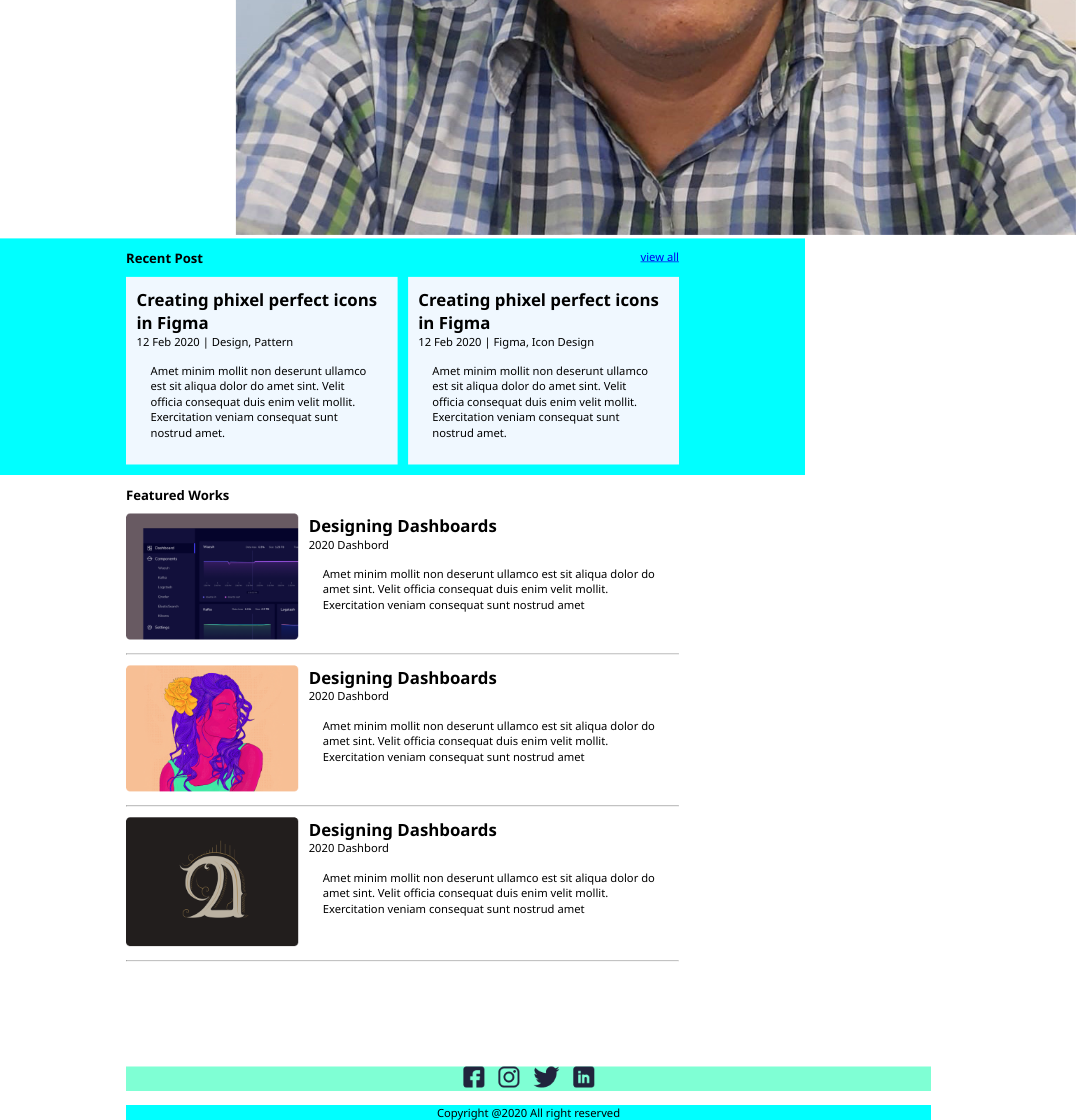
Repository: jafetdn73/portofolio
Page: index.html
An editor plug-in stored every save of this project. The page is shown before and after the next save, followed by the edit.
The browser window is 1280 px wide. The page is 1537 px wide, so the pictures cover 1537 px, including what lies to the right of the window. The pictures show the part of the page from y = 1062 to 2662 px (the page is 2662 px tall), at 70% of full size.

Above is the page before, as saved 2022-02-23 16:41:17.

### index.html
<!DOCTYPE html>
<html lang="en">
<head>
    <meta charset="UTF-8">
    <meta http-equiv="X-UA-Compatible" content="IE=edge">
    <meta name="viewport" content="width=device-width, initial-scale=1.0">
    <link rel="stylesheet" href="figma.css">
    <title>Belajar HTML CSS</title>
</head>
<body>
    <div class="container">
        <!-- Start Menu Bar -->
        <div class="menu-bar">
            <ul>
                <li>
                    Work
                </li>
                <li>
                    Blog
                </li>
                <li>
                    Contact
                </li>
            </ul>
        </div>
        <!-- Starr Hero -->
        <div class="hero">
            <div class="hero-text">
                <h1>Hi, I am Jafet,<br/>
                    Fullstack Engineer
                </h1>
                <p>
                    Amet minim mollit non deserunt ullamco est sit aliqua dolor do amet sint. Velit officia consequat duis enim velit mollit. Exercitation veniam consequat sunt nostrud amet.
                </p>
                <button>Download Resume</button>
            </div>
            <div class="hero-image">
                <img src="jafet.png"/>
            </div>
        </div>
        <!-- Start Post -->
        <div class="post">
            <div class="post-navi">
                <h3>Recent Post</h3>
                <a href="http://detik.com">view all</a>
            </div>
            <div class="post-content">
                <div class="post-content-detail">
                    <h2>Creating phixel perfect icons in Figma</h2>
                    <label>12 Feb 2020</label>
                    <label>|</label>
                    <label>Design, Pattern</label>
                    <p>
                        Amet minim mollit non deserunt ullamco est sit aliqua dolor do amet sint. Velit officia consequat duis enim velit mollit. Exercitation veniam consequat sunt nostrud amet.
                    </p>
                </div>
                <div class="post-content-detail">
                    <h2>Creating phixel perfect icons in Figma</h2>
                    <label>12 Feb 2020</label>
                    <label>|</label>
                    <label>Figma, Icon Design</label>
                    <p>
                        Amet minim mollit non deserunt ullamco est sit aliqua dolor do amet sint. Velit officia consequat duis enim velit mollit. Exercitation veniam consequat sunt nostrud amet.
                    </p>
                </div>
            </div>
        </div>
        <!-- Start Featured -->
        <div class="featured">
            <h3>Featured Works</h3>
            <div class="featured-detail">
                <div class="featured-image">
                    <img src="Rectangle 30.png"/>
                </div>
                <div class="featured-text">
                    <h2>Designing Dashboards</h2>
                    <label>2020</label>
                    <label>Dashbord</label>
                    <p>
                        Amet minim mollit non deserunt ullamco est sit aliqua dolor do amet sint. Velit officia consequat duis enim velit mollit. Exercitation veniam consequat sunt nostrud amet
                    </p>
                </div>
            </div>
            <hr/>
            <div class="featured-detail">
                <div class="featured-image">
                    <img src="Rectangle 32.png"/>
                </div>
                <div class="featured-text">
                    <h2>Designing Dashboards</h2>
                    <label>2020</label>
                    <label>Dashbord</label>
                    <p>
                        Amet minim mollit non deserunt ullamco est sit aliqua dolor do amet sint. Velit officia consequat duis enim velit mollit. Exercitation veniam consequat sunt nostrud amet
                    </p>
                </div>
            </div>
            <hr/>
            <div class="featured-detail">
                <div class="featured-image">
                    <img src="Rectangle 34.png"/>
                </div>
                <div class="featured-text">
                    <h2>Designing Dashboards</h2>
                    <label>2020</label>
                    <label>Dashbord</label>
                    <p>
                        Amet minim mollit non deserunt ullamco est sit aliqua dolor do amet sint. Velit officia consequat duis enim velit mollit. Exercitation veniam consequat sunt nostrud amet
                    </p>
                </div>
            </div>
            <hr/>
        </div>
        <!-- Start Social Media -->
        <div class="social-media"><img src="fb.png"/><img src="insta.png"/><img src="group.png"/><img src="linkedin.png"/></div>
        <div class="copyright">Copyright @2020 All right reserved</div>
    </div>
</body>
</html>

### figma.css
* {
    margin: 0;
    font-family:'Segoe UI', Tahoma, Geneva, Verdana, sans-serif
}

.container {
    width: 1150px;
}

.menu-bar {
    display: flex;
    justify-content: flex-end;
    margin-top: 20px;
}

.menu-bar ul li {
    display: inline;
    margin-right: 30px;
    font-size: 20px;
}

/* Start Hero */
.hero {
    display: flex;
    justify-content: space-around;
    margin-top: 150px;
    padding: 0 100px;
}

.hero-text {
    width: 450px;
}

.hero-text h1 {
    font-size: 44px;
    font-weight: 400px;
}

.hero-text p {
    font-size: 16px;
}

.hero-text h1, p, button
{
    margin: 20px;
}

.hero-text button {
    background-color: #FF6464;
    border-style: none;
    padding: 15px;
    font-size: 20px;
    color: white;
}

/* Start Post */
.post {
    background-color:aqua;
    padding:15px 180px;
}

.post-navi {
    display :flex;
    justify-content:space-between ;
}

.post-content {
    display: flex;
    margin-top: 15px;
    gap:15px;
}

.post-content-detail {
    background-color: aliceblue;
    padding:15px;
}

/* Start Featured */
.featured {
    margin : 15px 180px;
    gap:15px;
}

.featured-detail {
    display:flex;
    margin-top: 15px;
    margin-bottom: 15px;
}

.featured-image {
    margin-right: 15px;
}


.social-media{
    background-color: aquamarine;
    margin-top: 150px;
    margin-left: 180px;
    width: 1150px;
    text-align: center;
    display: inline-flexbox;
}

.social-media img {
    margin-left:10px;
    margin-right:10px;
}

.copyright {
    background-color: aqua;
    margin-top: 20px;
    margin-left: 180px;
    width: 1150px;
    text-align: center;
}

After the next save:
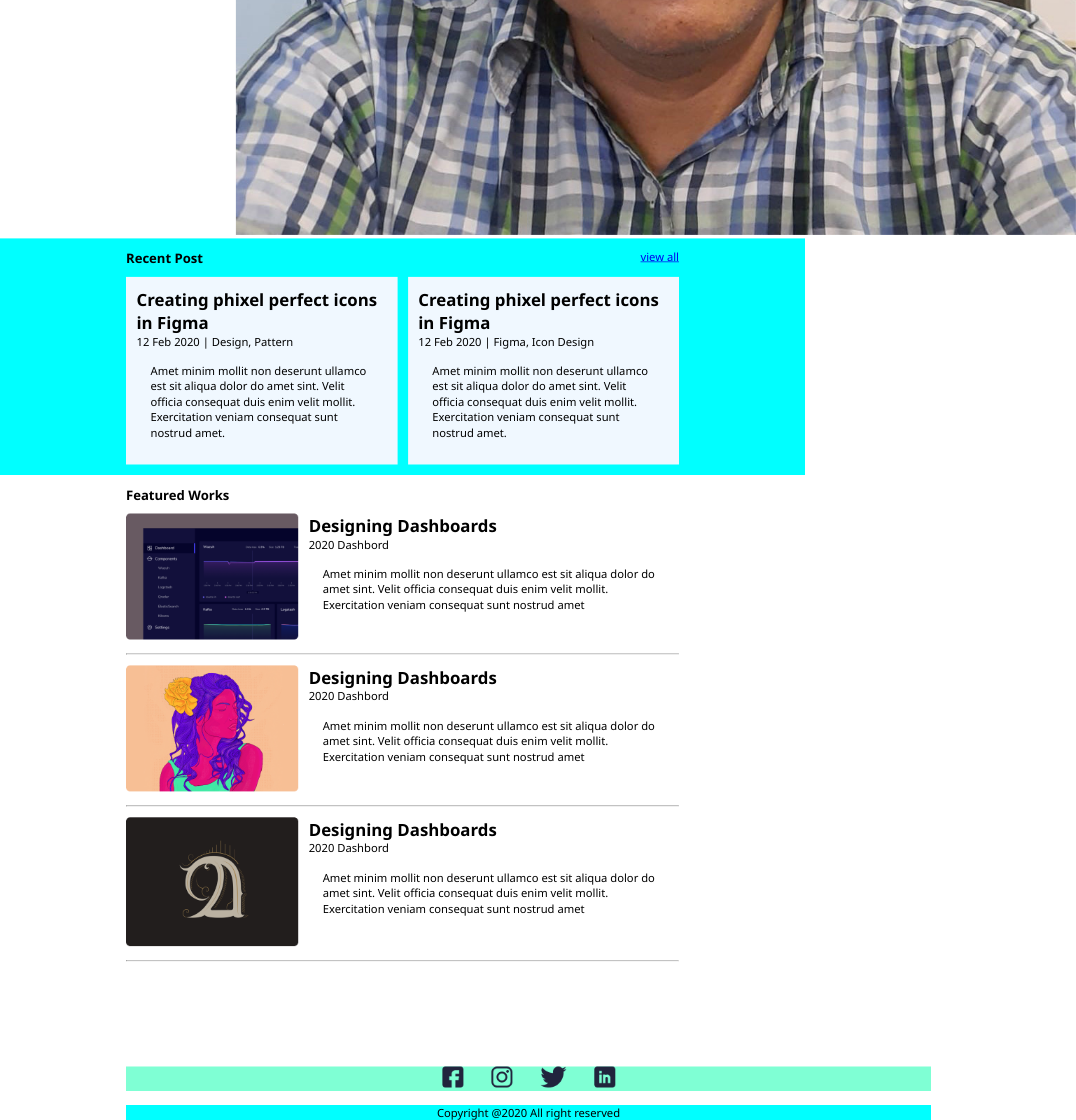
Saved 18 s later.
--- a/figma.css
+++ b/figma.css
@@ -102,8 +102,8 @@
 }
 
 .social-media img {
-    margin-left:10px;
-    margin-right:10px;
+    margin-left:20px;
+    margin-right:20px;
 }
 
 .copyright {
